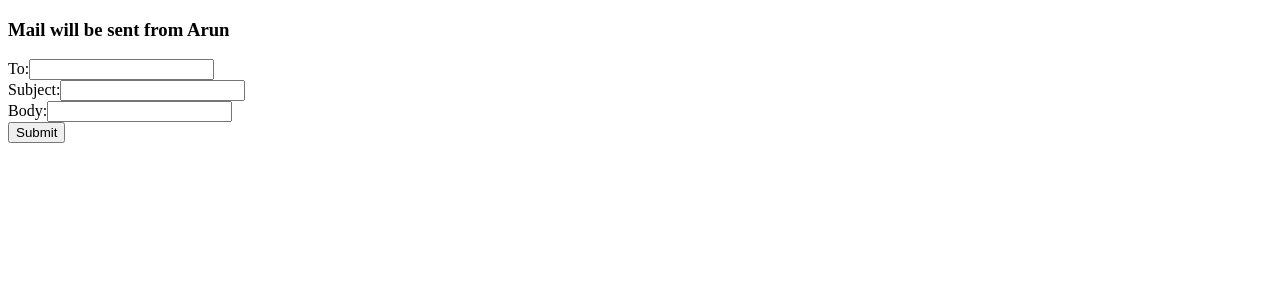
Repository: gotoarun/Sample
Page: http://localhost/Demo/
These files come from the project's save history. The page is drawn as it stood at one moment and after the next save; the edit follows.
The browser window is 1280 px wide. The pictures show the whole page.
The page is served by Tomcat 9. Other server files are loaded and not shown.

Above is the page before, as saved 2014-04-23 06:01:08.

### Demo/war/mail.jsp
<%@ page language="java" contentType="text/html; charset=ISO-8859-1"
    pageEncoding="ISO-8859-1"%>
<!DOCTYPE html PUBLIC "-//W3C//DTD HTML 4.01 Transitional//EN" "http://www.w3.org/TR/html4/loose.dtd">
<html>
<head>
<meta http-equiv="Content-Type" content="text/html; charset=ISO-8859-1">
<title>Mail Service</title>
</head>

<body>
<form  action="login" name="form1" method="post">
<h3>Mail will be sent from Arun<mailid:arun14v> </h3>
To:<input type="text" name="tomail" ><br>
Subject:<input type="text" name="sub"><br>
Body:<input type="text" name="body"><br>
<input type="submit" value="Submit">
</form>
</body>
</html>

After the next save:
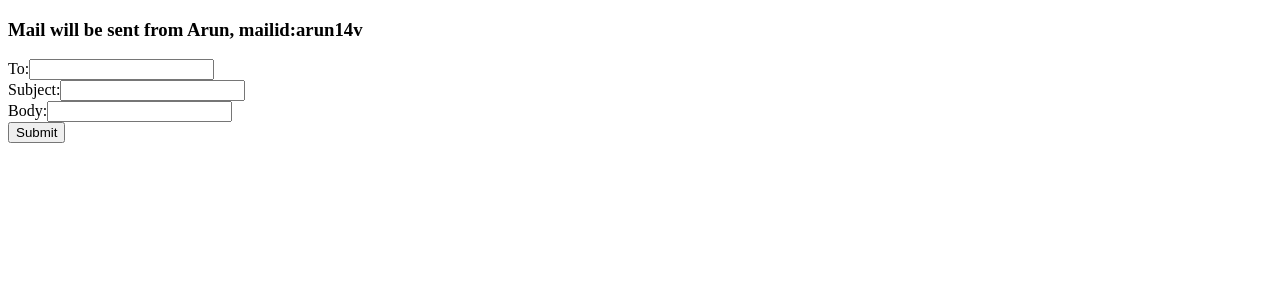
Saved 2 min 46 s later.
--- a/Demo/war/mail.jsp
+++ b/Demo/war/mail.jsp
@@ -9,7 +9,7 @@
 
 <body>
 <form  action="login" name="form1" method="post">
-<h3>Mail will be sent from Arun<mailid:arun14v> </h3>
+<h3>Mail will be sent from Arun, mailid:arun14v </h3>
 To:<input type="text" name="tomail" ><br>
 Subject:<input type="text" name="sub"><br>
 Body:<input type="text" name="body"><br>
